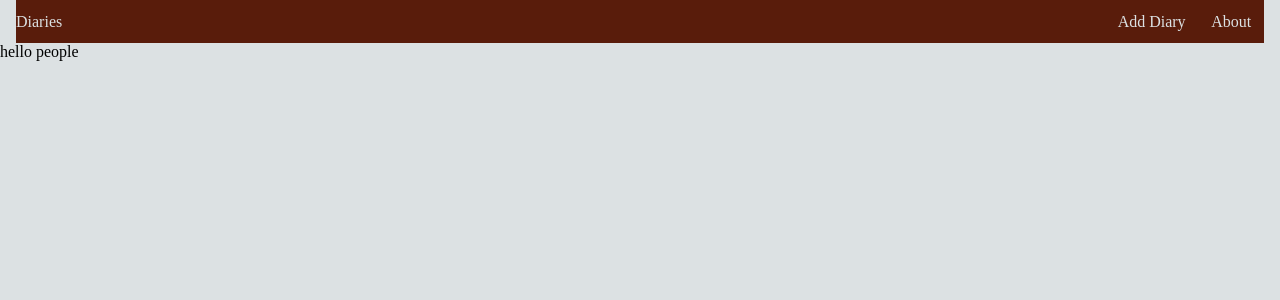
Repository: Tun-Dev/mydiary
Page: /
An editor plug-in stored every save of this project. The page is shown before and after the next save, followed by the edit.
The browser window is 1280 px wide. The pictures show the whole page.
The project was rebuilt for these pictures with package versions that can differ from the ones it lists, and the page was loaded fresh each time.

Above is the page before, as saved 2021-05-10 12:28:19.

### src/index.js
import React from 'react';
import ReactDOM from 'react-dom';
import {BrowserRouter} from 'react-router-dom'
import App from './App';


ReactDOM.render(

  <React.StrictMode>
  <BrowserRouter>
    <App />
    </BrowserRouter>
  </React.StrictMode>,
  document.getElementById('root')
);

// If you want to start measuring performance in your app, pass a function
// to log results (for example: reportWebVitals(console.log))
// or send to an analytics endpoint. Learn more: https://bit.ly/CRA-vitals

### src/App.js
import React, { useState, useEffect} from "react";
import GlobalStyle from './GlobalStyle'

// import styles
import Nav from './Layout/Nav.js';

function App() {
  // const [ name, setName ] = useState("");
  // useEffect( () => {
  //   fetch("https://my-json-server.typicode.com/Codeinwp/front-end-internship-api/posts")
  // .then((response) => response.json())
  // .then((data) => setName(data)
  // )
  // }, [] )
  return (
    <div className="App">
    <GlobalStyle />
    <Nav />
    <div className="container">
      <p>hello people </p>
    </div>
    </div>
  );
}

export default App;

### src/GlobalStyle.js
import {createGlobalStyle} from 'styled-components';

const GlobalStyle = createGlobalStyle`
  * {
      margin: 0;
      padding: 0;
      box-sizing: border-box;
  }
  body {

 background-color: #dce1e3;
}
 a {
    text-decoration: none;
}
`

export default GlobalStyle;

### src/Layout/Nav.js
import React from 'react';
import styled from 'styled-components';
import {Link} from 'react-router-dom'

const Nav = () => {
    return (
        <NavBar>
          <nav>
         <div className="header">
           Diaries
         </div>
         <ul className="navItens">
           <li><Link to="">Add Diary</Link></li>
           <li><Link to="">About</Link></li>
         </ul>
          </nav>
        </NavBar>
    )
}
const NavBar = styled.div`

  nav {
    display: flex;
    justify-content: space-between;
    align-items: center;
    background-color: #591c0b;
     height: 6vh;
     color: #dce1e3;
    margin: auto 1rem;
}
ul {
    display: flex;
}
ul li {
    list-style: none;
    margin: 0 0.8rem;
}
ul li a {
    color: #dce1e3;
}
`;

export default Nav;

Loaded but not shown: public/index.html (common file)

After the next save:
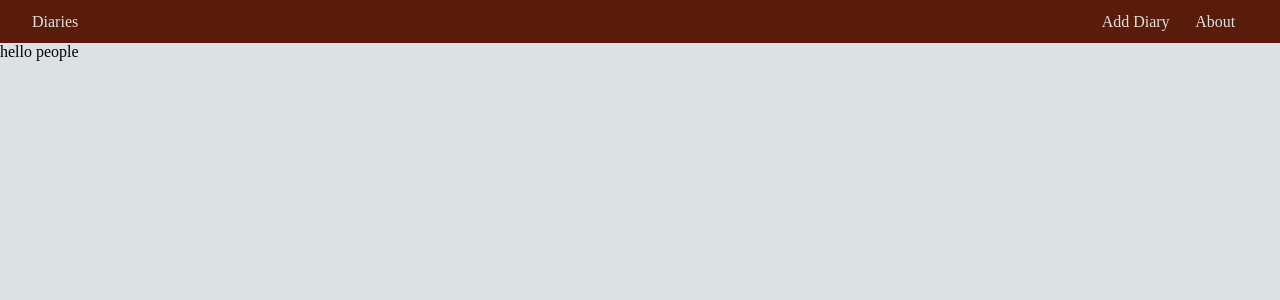
Saved 93 s later.
--- a/src/Layout/Nav.js
+++ b/src/Layout/Nav.js
@@ -26,10 +26,13 @@ const NavBar = styled.div`
     background-color: #591c0b;
      height: 6vh;
      color: #dce1e3;
-    margin: auto 1rem;
+}
+.header {
+    margin: 0 2rem;
 }
 ul {
     display: flex;
+    margin: 0 2rem
 }
 ul li {
     list-style: none;
